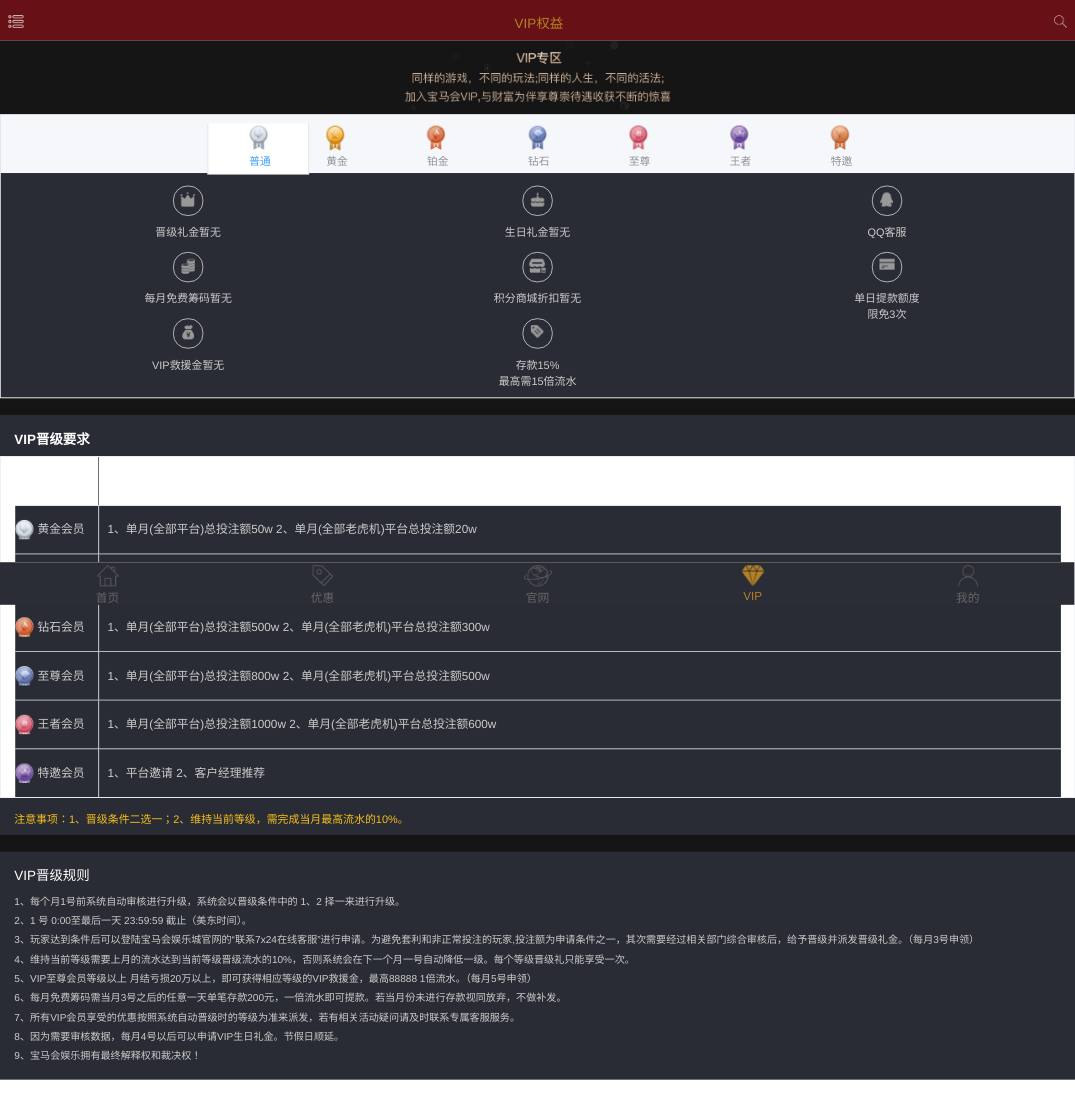
Repository: ada6688/IntegralMall
Page: /Vip
An editor plug-in stored every save of this project. The page is shown before and after the next save, followed by the edit.
The browser window is 1280 px wide. The pictures show the whole page, at 84% of full size.
The project was rebuilt for these pictures with package versions that can differ from the ones it lists, and the page was loaded fresh each time. Also part of the build but not shown: src/components/common/Topnav.vue, src/components/page/notice.vue, src/components/page/MainNav.vue, src/components/page/Member.vue, src/components/page/Youhui.vue, src/router/index.js.

Above is the page before, as saved 2020-01-02 20:02:07.

After the next save:
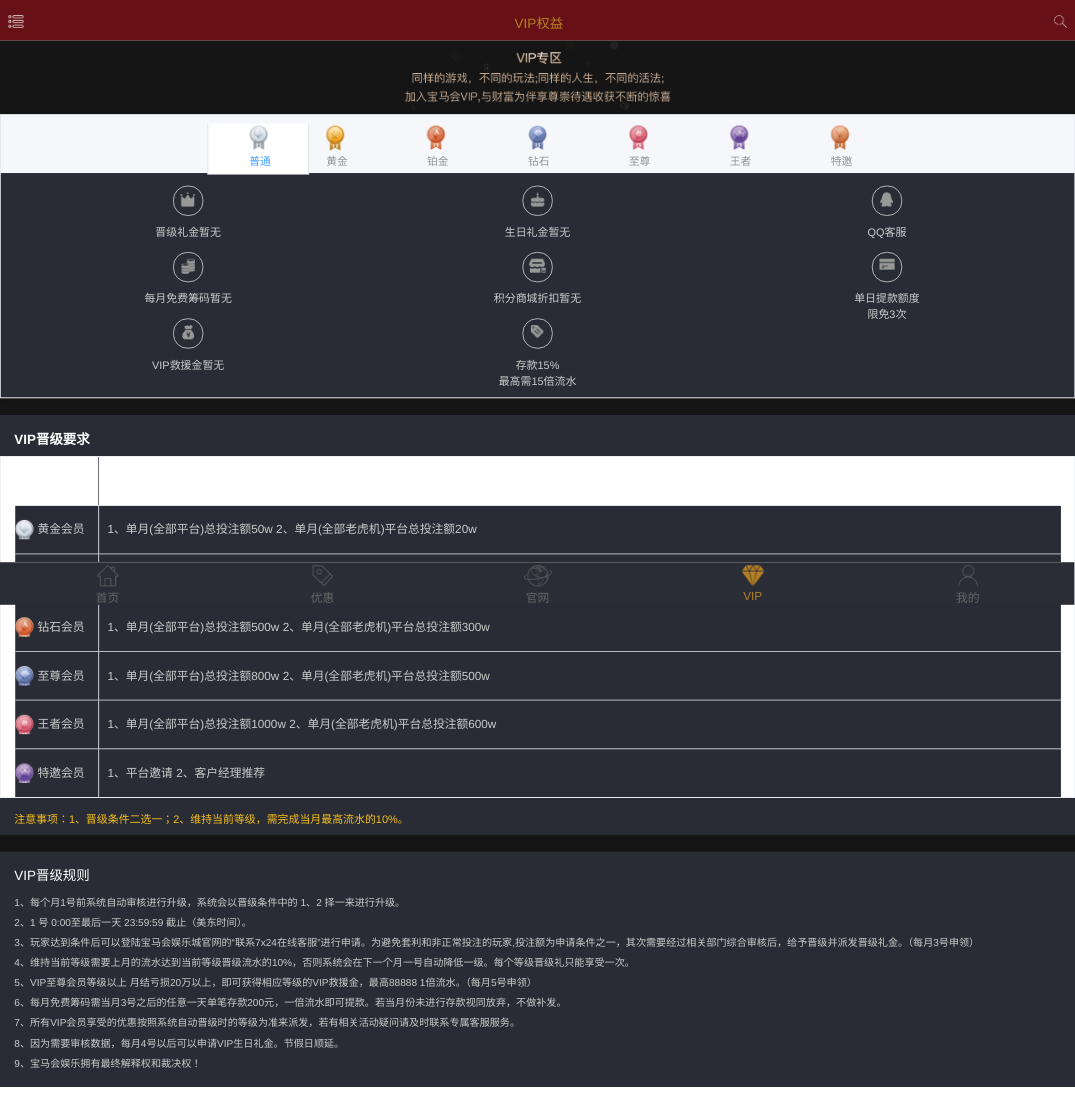
Saved 11 s later.
--- a/src/assets/css/index.css
+++ b/src/assets/css/index.css
@@ -109,6 +109,6 @@
   margin-bottom: 9px;
 }
 .level-rules-wrap p{
-  line-height: 23px;
+  line-height: 24px;
   /* margin-top: 5px; */
 }
